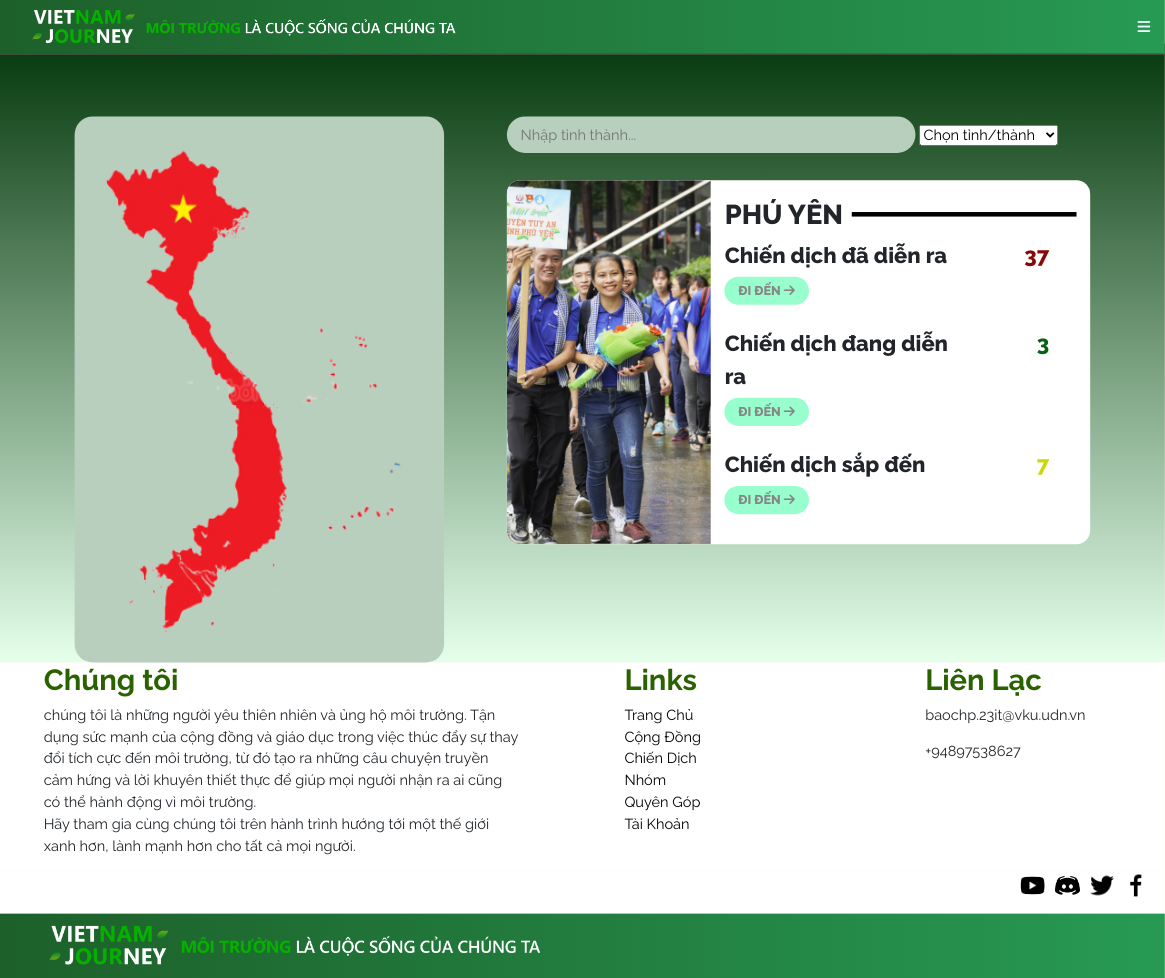
Repository: Boima12/Boima12.github.io_VietnamJourney
Page: HTML/ChienDich/ChienDich.html
These files come from the project's save history. The page is drawn as it stood at one moment and after a run of saves; the edit follows.
The browser window is 1280 px wide. The pictures show the whole page, at 91% of full size.

Above is the page before, as saved 2024-05-25 08:24:26.

### HTML/ChienDich/ChienDich.html
<!DOCTYPE html>
<HTML lang="en">

<HEAD>
    <TITLE>Chiến Dịch</TITLE>
    <meta charset="UTF-8">
    <meta name="viewport" content="width=device-width, initial-scale=1.0">

    <!-- CSS -->
    <link rel="stylesheet" href="ChienDich.css">

    <!-- Favicon -->
    <link rel="icon" type="image/x-icon" href="../../Images/yo.ico">

    <!--Bootstrap 5-->
    <link href="https://cdn.jsdelivr.net/npm/bootstrap@5.3.3/dist/css/bootstrap.min.css" rel="stylesheet">
    <script src="https://cdn.jsdelivr.net/npm/bootstrap@5.3.3/dist/js/bootstrap.bundle.min.js"></script>
    <!-- <link rel="stylesheet" href="https://cdn.jsdelivr.net/npm/bootstrap@4.6.2/dist/css/bootstrap.min.css" integrity="sha384-xOolHFLEh07PJGoPkLv1IbcEPTNtaed2xpHsD9ESMhqIYd0nLMwNLD69Npy4HI+N" crossorigin="anonymous"> -->
    <!-- Font Awesome -->
    <link rel="stylesheet" href="https://cdnjs.cloudflare.com/ajax/libs/font-awesome/6.5.1/css/all.min.css">
</HEAD>



<BODY style="background-color: #FFF4E6;">

    <!-- header là Navigation bar -->
    <header id="header1">
        <div class="logo">
            <img class="logo1" src="../../Images/header1.png" onclick="navToIntro()" style="height: 40px;">
            <img class="logo2" src="../../Images/header2.png" onclick="navToIntro()">
        </div>

        <div class="links">
            <nav>
                <a href="../TrangChu/TrangChu.html">TRANG CHỦ</a>
                <a href="../CongDong/CongDong.html">CỘNG ĐỒNG</a>
                <a href="../ChienDich/ChienDich.html">CHIẾN DỊCH</a>
                <a href="../Nhom/Nhom.html">NHÓM</a>
                <a href="../QuyenGop/QuyenGop.html">QUYÊN GÓP</a>
                <a href="../TaiKhoan/TaiKhoan.html">TÀI KHOẢN</a>
            </nav>
        </div>

        <div class="bar" onclick="MenuBar()">
            <i class="fa-solid fa-bars"></i>
        </div>

        <div id="overlay"></div>

        <div id="sidebar">
            <div class="sidebar-content">

                <div style="color: aliceblue;text-align: right;margin-top:0;" onclick="CloseBar()"><i
                        class="fa-solid fa-bars"></i></div>

                <!-- <p>VỀ CHÚNG TÔI <i class="fa-regular fa-address-card"></i></p> -->
                <a href="../TrangChu/TrangChu.html">TRANG CHỦ <i class="fa-solid fa-house"></i></a>
                <a href="../CongDong/CongDong.html">CỘNG ĐỒNG <i class="fa-solid fa-earth-americas"></i></a>
                <a href="../ChienDich/ChienDich.html">CHIẾN DỊCH <i class="fa-solid fa-fire"></i></a>
                <a href="../Nhom/Nhom.html">NHÓM <i class="fa-solid fa-people-group"></i></a>
                <a href="../QuyenGop/QuyenGop.html">QUYÊN GÓP <i class="fa-solid fa-hand-holding-dollar"></i></a>
                <a href="../TaiKhoan/TaiKhoan.html">TÀI KHOẢN <i class="fa-solid fa-user"></i></a>
            </div>

        </div>

    </header>
    <div style="height: 3rem;"></div> <!-- Cách một khoảng cho navigation bar -->















<!-- LÀM Ở ĐÂY -->
    <div class="section-one">
        <div class="container">
            <div class="row">
                <div class="col-xl-5  col-lg-5 col-md-12 col-sm-12 col-12">
                    <div class="map">
                        <img src="./images/bando.png" alt="bản đồ việt nam">
                    </div>
                </div>
                <div class="col-xl-7 col-lg-7 col-md-12 col-sm-12 col-12">
                    <div class="right">
                        <div class="search">
                            <input type="search" class="inner-search" placeholder="Nhập tỉnh thành...">
                            <select id="province" name="province" required>
                                <option value="" selected disabled>Chọn tỉnh/thành</option>
                            </select>
                        </div>
                        <div class="content">
                            <img src="./images/anh1.jpg" alt="">
                            <div class="inner-content">
                                <div class="inner-title">
                                    <div class="inner-text">PHÚ YÊN</div>
                                    <div class="inner-line"></div>
                                </div>
                                <div class="part">
                                    <div class="inner-content">
                                        <div class="inner-title">Chiến dịch đã diễn ra</div>
                                        <div class="inner-button">ĐI ĐẾN <i class="fa-solid fa-arrow-right"></i></div>
                                    </div>
                                    <div class="inner-count red">37</div>
                                </div>
                                <div class="part">
                                    <div class="inner-content">
                                        <div class="inner-title">Chiến dịch đang diễn ra</div>
                                        <div class="inner-button">ĐI ĐẾN <i class="fa-solid fa-arrow-right"></i></div>
                                    </div>
                                    <div class="inner-count green">3</div>
                                </div>
                                <div class="part">
                                    <div class="inner-content">
                                        <div class="inner-title">Chiến dịch sắp đến</div>
                                        <div class="inner-button">ĐI ĐẾN <i class="fa-solid fa-arrow-right"></i></div>
                                    </div>
                                    <div class="inner-count yellow">7</div>
                                </div>
                            </div>
                        </div>
                    </div>
                </div>
            </div>
        </div>
    </div>















    <footer>
        <div class="up">
            <div id="about">
                <h2>Chúng tôi</h2>
                <p>chúng tôi là những người yêu thiên nhiên và ủng hộ môi trường. Tận dụng sức mạnh của cộng đồng và giáo dục trong việc thúc đẩy sự thay đổi tích cực đến môi trường, từ đó tạo ra những câu chuyện truyền cảm hứng và lời khuyên thiết thực để giúp mọi người nhận ra ai cũng có thể hành động vì môi trường.<br>
                    Hãy tham gia cùng chúng tôi trên hành trình hướng tới một thế giới xanh hơn, lành mạnh hơn cho tất cả mọi người.
                </p>
            </div>

            <div id="quickLinks">
                <h2>Links</h2>
                <a href="../../HTML/TrangChu/TrangChu.html">Trang Chủ</a>
                <a href="../../HTML/CongDong/CongDong.html">Cộng Đồng</a>
                <a href="../../HTML/ChienDich/ChienDich.html">Chiến Dịch</a>
                <a href="../../HTML/Nhom/Nhom.html">Nhóm</a>
                <a href="../../HTML/QuyenGop/QuyenGop.html">Quyên Góp</a>
                <a href="../../HTML/TaiKhoan/TaiKhoan.html">Tài Khoản</a>
            </div>

            <div id="contacts">
                <h2>Liên Lạc</h2>
                <p>baochp.23it@vku.udn.vn</p>
                <p>+94897538627</p>
            </div>
        </div>


        <div class="mid">
            <a href="https://www.youtube.com/channel/UC1cpkfqLNp6I1HgNy2MUhUg"><img src="../../Images/youtube_icon.png"></a>
            <a href="https://discord.com/invite/45fkbZcj"><img src="../../Images/discord_icon.png"></a>
            <a href="https://x.com/dog_rates"><img src="../../Images/twitter_icon.png"></a>
            <a href="https://web.facebook.com/vku.udn.vn/?_rdc=1&_rdr"><img src="../../Images/facebook_icon.png"></a>
        </div>


        <div class="bot">
            <img class="logo1" src="../../Images/header1.png">
            <img class="logo2" src="../../Images/header2.png">
        </div>
    </footer>


    <!-- JavaScript -->
    <script src="../../Script/ChienDich.js"></script>
    <noscript>Your Browser doesn't support JavaScript</noscript>

</BODY>

</HTML>

### HTML/ChienDich/ChienDich.css
/* IMPORTING */
@font-face {
    font-family: Raleway;
    src: url("../../Fonts/Raleway-VariableFont_wght.ttf");
}

/* END IMPORTING */

/*BASE*/
* {
    box-sizing: border-box;
}

:root {
    --color-bg: #05390C;
    --color-green: #00FF0A;
    --color-text: #000000;
    --color-desc: #868686;
  }

body {
    color: var(--color-text);
}

/*BASE*/

/* Loại bỏ margin - padding global */
* {
    margin: 0px;
    padding: 0px;
}


/* global font */
* {
    font-family: Raleway;
}



/* NAVIGATION BAR */
header {
    display: flex;
    align-items: center;
    justify-content: space-between;
    position: fixed;
    width: 100%;
    height: 60px;
    border-bottom: 1.5px solid rgb(97, 94, 94);
    background: linear-gradient(to right, rgb(29, 96, 42), rgb(39, 154, 83));
    z-index: 999;
}


header div.logo img {
    width: auto;
    height: 2.9rem;
    /* margin-left: 3rem; */
}

header div.logo img.logo1 {
    display: block;
    padding-left: 10px;
    margin: 20px;
}

header div.logo img.logo2 {
    display: none;
}


header div.links nav {
    display: flex;
    justify-content: space-around;
    width: 100%;
}


header div.links nav a {
    margin: 0;
    padding: 0 1rem;

    cursor: pointer;

    text-decoration: none;
    color: white;
    font-size: 16px;
    font-weight: 600;
}


header div.links nav a:hover {
    color: #b8e994;
}


header div.bar {
    display: none;
    margin-right: 1rem;

    color: aliceblue;
    text-align: right;
}


header #overlay {
    display: none;
    position: fixed;

    top: 0;
    left: 0;
    width: 100%;
    height: 100%;

    background-color: rgba(0, 0, 0, 0.8);

    z-index: 9999;
}


header #sidebar {
    display: flex;
    justify-content: flex-end;
    float: right;

    position: fixed;

    top: 0;
    right: -20%;
    width: 20%;
    height: 100%;
    border: none;
    overflow: hidden;

    background: linear-gradient(to top, rgb(37, 79, 46), rgb(53, 189, 105));

    transition: right 0.3s ease-in-out;
    z-index: 10000;

}


header #sidebar.open {
    right: 0;
}


header #sidebar div.sidebar-content {
    display: flex;
    flex-direction: column;
    overflow-y: auto;
    overflow-x: hidden;
    padding: 1.5rem;
    width: 100%;
}


header #sidebar div.sidebar-content a {
    text-align: right;
    text-decoration: none;
    font-size: 1.2rem;

    color: aliceblue;
    margin-top: 1.5rem;

    margin-right: 0;
}


header #sidebar div.sidebar-content a:hover {
    color: #b8e994;
}


header #sidebar div.sidebar-content i {
    font-size: smaller;
}

/* END NAVIGATION BAR */

/* SECTION-ONE */
.section-one {
    background-image: linear-gradient(to bottom, #05390C, #E5FFEB);
    padding-top: 80px;
}

.map {
    width: 90%;
    position: relative;
    border-radius: 20px;
    max-width: 100%;
    overflow: hidden;
    height: 600px;
    object-fit: cover;
    background-color: #b9cfbe ;
}

.map img {
    width: 100%;
    height: 100%;
}

.right {
    height: 600pxx;
}

.right .search {
    height: 40px;
    margin-bottom: 30px;
}

.right .search .inner-search {
    background-color: #B9CFBE;
    height: 100%;
    width: 70%;
    border-radius: 40px;
    border: none;
    padding: 5px 15px 5px 15px;
    font-size: 16px;
}


.right .content {
    display: flex;
    border-radius: 15px;
    overflow: hidden;
    height: 400px;
    background-color: white;
}

.right .content img {
    width: 35%;
    height: auto;
    object-fit: cover;
}

.right .content .inner-content {
    width: 65%;
    padding: 15px;
}

.right .content .inner-content .inner-title {
    width: 100%;
    font-size: 30px;
    font-weight: 800;
    display: flex;
    align-items: center;
    margin-bottom: 5px;
}

.right .content .inner-content .inner-title .inner-text {
    display: inline-block;
}

.right .content .inner-content .inner-title .inner-line {
    flex-grow: 1;
    position: relative;
    height: 5px;
    background-color: #000000;
    line-height: 100%;
    margin-left: 10px;
}

.right .content .inner-content .part {
    width: 100%;
    display: flex;
    justify-content: space-between;
    margin-bottom: 25px;
}

.right .content .inner-content .part .inner-content {
    padding: 0;
}

.right .content .inner-content .part .inner-content .inner-title{
    font-size: 24px;
}

.right .content .inner-content .part .inner-content .inner-button {
    font-size: 14px;
    font-weight: 800;
    color: var(--color-desc);
    background-color: #98FECD;
    display: inline-block;
    padding: 5px 15px 5px 15px;
    border-radius: 20px;
}

.right .content .inner-content .part .inner-count {
    font-size: 24px;
    font-weight: 800;
    text-align: center;
    margin-right: 30px;
}

.right .content .inner-content .part .red {
    color: #880707;
}

.right .content .inner-content .part .green {
    color: #086214;
}

.right .content .inner-content .part .yellow {
    color: #c9d705;
}

/* END SECTION-ONE */











































/* Code CSS ở đây */






































/* FOOTER */
footer div.up {
    display: flex;
    justify-content: space-around;
    gap: 1.2rem;
    width: 100%;

    background-color: white;

}


footer div.up h2 {
    font-weight: bold;
    color: #2B6200;
}


footer div.up #about {
    display: flex;
    flex-direction: column;
    justify-content: flex-start;

    width: 50%;
    padding-left: 3rem;
    padding-right: 3rem;
}


footer div.up #quickLinks {
    display: flex;
    flex-direction: column;
    justify-content: flex-start;

    width: 25%;
    padding-left: 3rem;
    padding-right: 3rem;
}


footer div.up #quickLinks a {
    text-decoration: none;
    color: black;
}


footer div.up #contacts {
    display: flex;
    flex-direction: column;
    justify-content: flex-start;

    width: 25%;
    padding-left: 3rem;
    padding-right: 3rem;
}


footer div.mid {
    display: flex;
    justify-content: flex-end;
    gap: 0.5rem;

    width: 100%;
    padding-right: 1rem;
    padding-bottom: 1rem;
    background-color: white;
}


footer div.mid a img {
    width: 30px;
    height: 30px;
}


footer div.bot {
    display: flex;
    justify-content: flex-start;

    padding-left: 3rem;
    padding-top: 0.75rem;
    padding-bottom: 0.75rem;
    width: 100%;

    background: linear-gradient(to right, rgb(29, 96, 42), rgb(39, 154, 83));
}


footer div.bot img {
    width: auto;
    height: 2.9rem;
}


footer div.bot img.logo1 {
    display: block;
}


footer div.bot img.logo2 {
    display: none;
}


/* END FOOTER */













/* RESPONSIVE DESIGN */
@media (max-width: 1380px) {
    header div.links nav a {
        display: none;
    }

    header div.bar  {
        display: block;
    }

    header #sidebar {
        right: -30%;
        width: 30%;
    }
}


@media (max-width: 950px) {
    footer div.up {
        flex-direction: column;
    }

    footer div.up #about {
        width: 100%;
    }

    footer div.up #quickLinks {
        width: 100%;
    }

    footer div.up #contacts {
        width: 100%;
    }
}


@media (max-width: 630px) {
    header {
        height: 3.5rem;
    }

    header div.logo img.logo1 {
        display: none;
    }

    header div.logo img.logo2 {
        display: block;
    }

    header div.logo img {
        width: auto;
        height: 3.5rem;
        margin-left: 14rem;
    }

    header #sidebar {
        right: -50%;
        width: 50%;
    }

    footer div.bot {
        justify-content: center;
        padding-left: 0rem;
    }

    footer div.bot img {
        height: 3.5rem;
    }

    footer div.bot img.logo1 {
        display: none;
    }

    footer div.bot img.logo2 {
        display: block;
    }
}


@media (max-width: 560px) {
    header div.logo img {
        margin-left: 8rem;
    }

    header #sidebar {
        right: -60%;
        width: 60%;
    }
}


@media (max-width: 320px) {
    header div.logo img {
        margin-left: 5rem;
    }
}

/* END RESPONSIVE DESIGN */

### Script/ChienDich.js
// header menu bar
const overlay = document.getElementById('overlay');
const sidebar = document.getElementById('sidebar');

function MenuBar() {
    overlay.style.display = 'block';
    sidebar.classList.add('open');
}

function CloseBar() {
    overlay.style.display = 'none';
    sidebar.classList.remove('open');
}


// back to intro when click the logo
function navToIntro() {
    window.location.href = '../../index.html';
}


// navigation bar background transparency
// const header = document.getElementById('header1');
// function toggle_header() {
//     if (window.screenY == 0) {
//         header.style.background = 'linear-gradient(to right, rgba(29, 96, 42, 0), rgba(39, 154, 83, 0))';
//     } else if (window.screenY < 210) {
//         header.style.background = 'linear-gradient(to right, rgba(29, 96, 42, ' + parseInt(window.scrollY)*2 / 300 + '), rgba(39, 154, 83, ' + parseInt(window.scrollY)*2 / 300 + '))';
//     } else {
//         header.style.background = 'linear-gradient(to right, rgba(29, 96, 42, 0.7), rgba(39, 154, 83, 0.7))';
//     }
// }

// window.addEventListener('scroll', toggle_header);


const provinces = [
    "An Giang", "Bà Rịa - Vũng Tàu", "Bắc Giang", "Bắc Kạn", "Bạc Liêu",
    "Bắc Ninh", "Bến Tre", "Bình Định", "Bình Dương", "Bình Phước",
    "Bình Thuận", "Cà Mau", "Cần Thơ", "Cao Bằng", "Đà Nẵng",
    "Đắk Lắk", "Đắk Nông", "Điện Biên", "Đồng Nai", "Đồng Tháp",
    "Gia Lai", "Hà Giang", "Hà Nam", "Hà Nội", "Hà Tĩnh",
    "Hải Dương", "Hải Phòng", "Hậu Giang", "Hòa Bình", "Hưng Yên",
    "Khánh Hòa", "Kiên Giang", "Kon Tum", "Lai Châu", "Lâm Đồng",
    "Lạng Sơn", "Lào Cai", "Long An", "Nam Định", "Nghệ An",
    "Ninh Bình", "Ninh Thuận", "Phú Thọ", "Phú Yên", "Quảng Bình",
    "Quảng Nam", "Quảng Ngãi", "Quảng Ninh", "Quảng Trị", "Sóc Trăng",
    "Sơn La", "Tây Ninh", "Thái Bình", "Thái Nguyên", "Thanh Hóa",
    "Thừa Thiên Huế", "Tiền Giang", "TP Hồ Chí Minh", "Trà Vinh",
    "Tuyên Quang", "Vĩnh Long", "Vĩnh Phúc", "Yên Bái"
];

const select = document.getElementById('province');

provinces.forEach(province => {
    const option = document.createElement('option');
    option.value = province;
    option.textContent = province;
    select.appendChild(option);
});

After the next 3 saves:
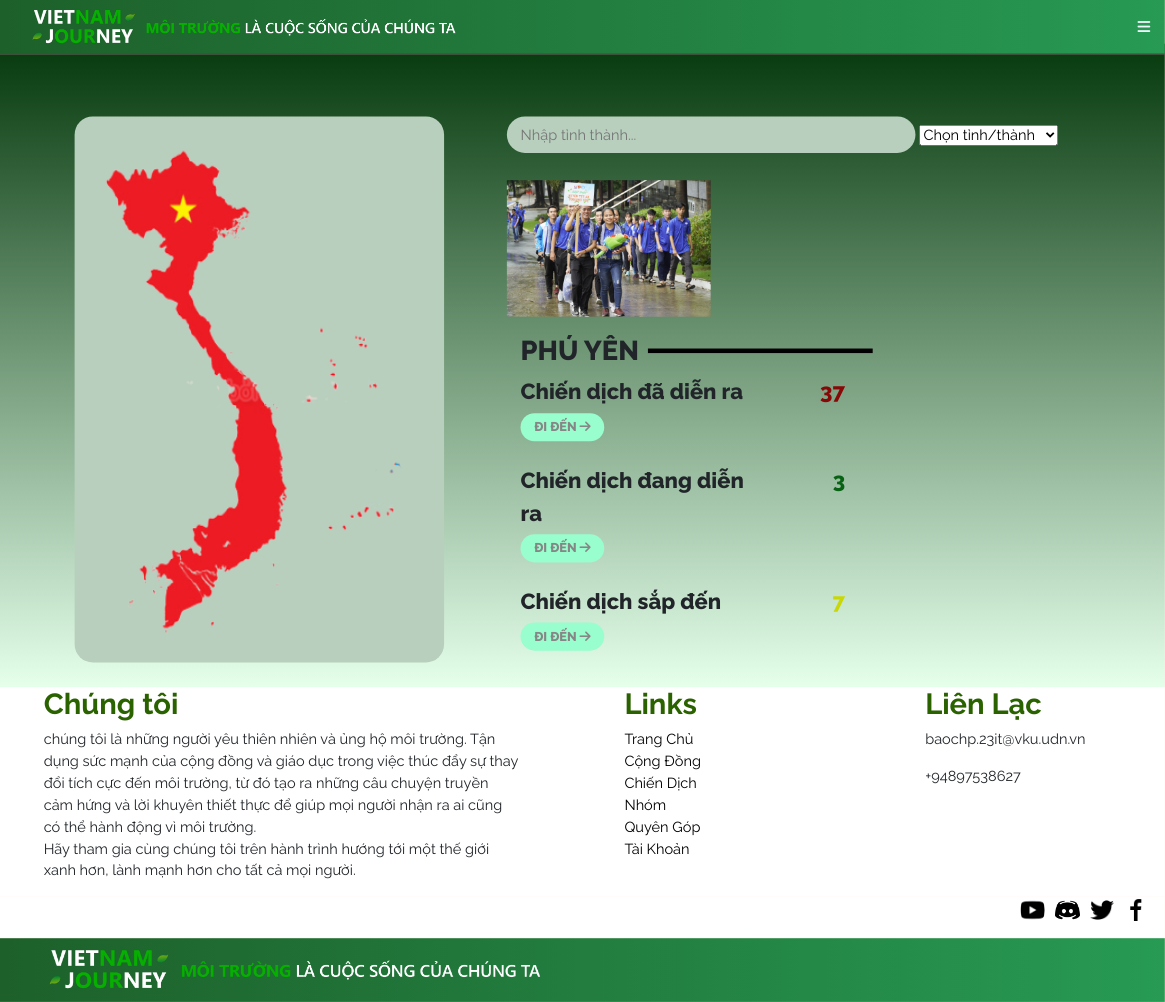
The 3 saves are shown as one change because they came seconds apart.
The last was saved 9 s later.
--- a/HTML/ChienDich/ChienDich.css
+++ b/HTML/ChienDich/ChienDich.css
@@ -219,6 +219,7 @@
     font-size: 16px;
 }
 
+.right .search #
 
 .right .content {
     display: flex;

After the 3 saves that followed:
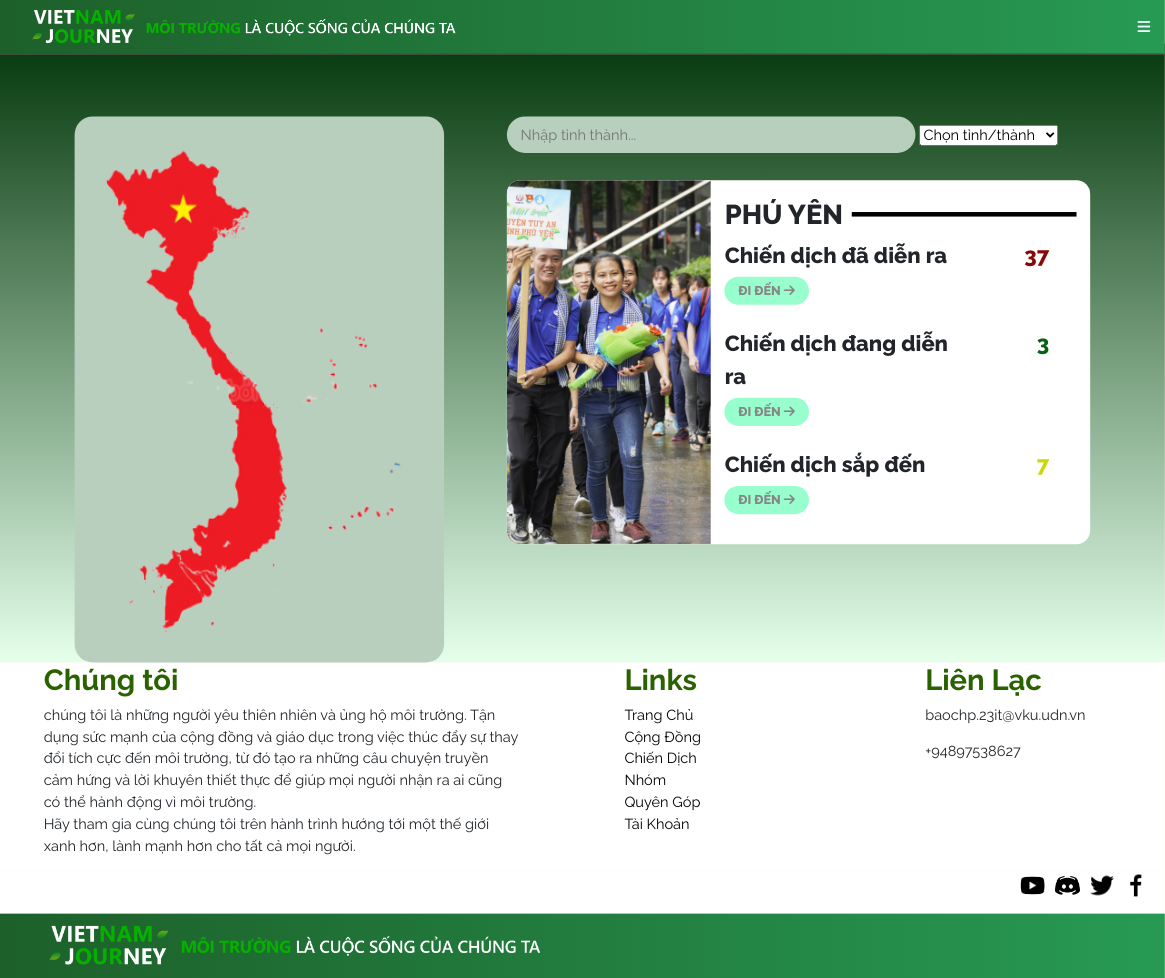
The 3 saves are shown as one change because 1 left the picture as it was and some came seconds apart.
The last was saved 11 s later.
--- a/HTML/ChienDich/ChienDich.css
+++ b/HTML/ChienDich/ChienDich.css
@@ -219,7 +219,9 @@
     font-size: 16px;
 }
 
-.right .search #
+.right .search #province {
+
+}
 
 .right .content {
     display: flex;
